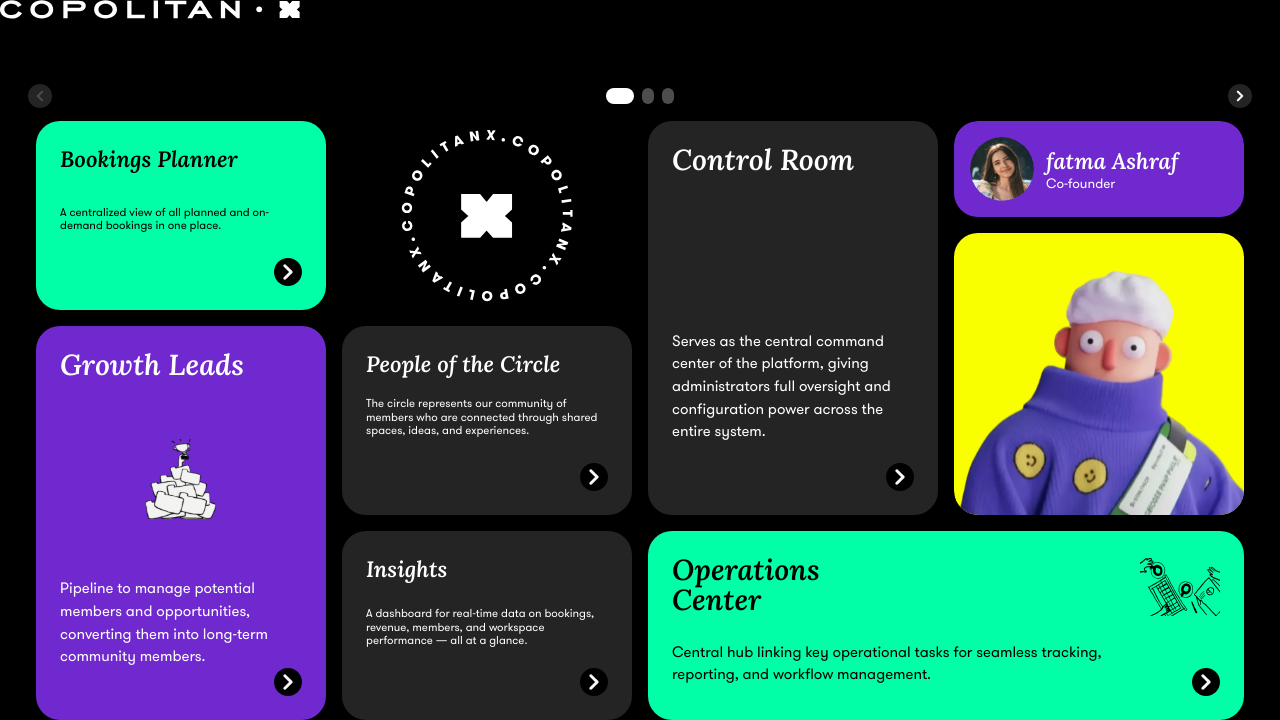
Repository: mohameddtalal/Copolitan-X
Page: /dashboard
An editor plug-in stored every save of this project. The page is shown before and after the next save, followed by the edit.
The browser window is 1280 px wide. The pictures show the whole page.
The project was rebuilt for these pictures with package versions that can differ from the ones it lists, and the page was loaded fresh each time. The framework's server and built-in components were replaced by stand-ins that run in the browser. Also part of the build but not shown: next.config.ts.

Above is the page before, as saved 2026-02-10 13:37:15.

### src/app/layout.tsx
import type { Metadata } from "next";
import { Geist, Geist_Mono } from "next/font/google";
import "./globals.css";
import Navbar from "@/components/Navbars/NavbarDynamic";
import { NavProvider } from "@/components/Context/Navcontext";

const geistSans = Geist({
  variable: "--font-geist-sans",
  subsets: ["latin"],
});

const geistMono = Geist_Mono({
  variable: "--font-geist-mono",
  subsets: ["latin"],
});

export const metadata: Metadata = {
  title: "Create Next App",
  description: "Generated by create next app",
};

export default function RootLayout({
  children,
}: Readonly<{
  children: React.ReactNode;
}>) {
  return (
    <html lang="en">
      <body
        className={`${geistSans.variable} ${geistMono.variable} antialiased  w-full flex flex-col m-0 p-0`}
      >

        <NavProvider>
          <div className="flex-shrink-0">
            <Navbar />
          </div>
          <div className="flex-1 overflow-auto w-full">
            {children}
          </div>
        </NavProvider>

      </body>
    </html>
  );
}

### src/app/(pages)/dashboard/page.tsx

'use client';

import BentoGrid from "@/components/BentoGrid/BentoGrid";





export default function DashboardPage() {
  return (
      <>
        <BentoGrid/>
      </>
  );
}

### src/components/Navbars/NavbarDynamic.tsx
"use client";
import { useRouter } from "next/navigation";
import Link from "next/link";
import Image from "next/image";
import { useState } from "react";
import { useNav } from "@/components/Context/Navcontext";

const Navbar = () => {
  const [isSearchOpen, setIsSearchOpen] = useState(false);
  const [searchText, setSearchText] = useState("");
  const { selectedTitle, selectedButton } = useNav();
  const router = useRouter();
  const handleSearch = () => {
    setIsSearchOpen((prev) => !prev); // toggle input
  };
  return (
    <nav className="navbar ">
      <div className="row">
        <Link href="/dashboard">
          <div className="logo">
            <Image
              src="/navbar/Layer_1.svg"
              alt="LogoImage"
              className="logo-img"
              width={301}
              height={19}
            />
          </div>
        </Link>
        <div className="nav-inside">
          <div
            className=""
            style={{ marginBottom: "0px", color: "var(--black)" }}
          >
            <p>{selectedTitle}</p>
          </div>
          <div
            className=""
            style={{
              marginTop: "0px",
              color: "var(--black)",
              fontSize: "16px",
            }}
          >
            <p>{selectedButton}</p>
          </div>
        </div>
        <div className="navItems" style={{ position: "relative" }}>
          {isSearchOpen && (
            <input
              type="text"
              className="search-input"
              placeholder="Search..."
              value={searchText}
              onChange={(e) => setSearchText(e.target.value)}
              autoFocus
            />
          )}
          <div className="search">
            <button
              className="search"
              style={{ zIndex: 10, cursor: "pointer" }}
              onClick={handleSearch}
            >
              <Image
                className="search-img"
                src="/navbar/search.svg"
                alt="search"
                width={18}
                height={18}
              />
            </button>
            {/* Search input (show only if open) */}
          </div>
          <div className="line"></div>
          <div className="notifications">
            <button
              className="notification"
              style={{ cursor: "pointer" }}
              onClick={() => router.push("/notificationPage")}
            >
              <Image
                className="notification-img"
                src="/navbar/notification.svg"
                alt="notification"
                width={21}
                height={21}
              />
            </button>
          </div>
          <div className="line"></div>
          <div className="quote">
            <Image
              src="/navbar/quote.svg"
              alt="quote"
              width={14}
              height={13}
              className="quote-img"
            />
          </div>
        </div>
      </div>
    </nav>
  );
};

export default Navbar;

### src/components/Context/Navcontext.tsx
"use client";

import { createContext, useContext, useState } from "react";

const NavContext = createContext<any>(null);

export function NavProvider({ children }: { children: React.ReactNode }) {
  const [selectedTitle, setSelectedTitle] = useState("");
  const [selectedButton, setSelectedButton] = useState("");

  return (
    <NavContext.Provider
      value={{ selectedTitle, setSelectedTitle, selectedButton, setSelectedButton }}
    >
      {children}
    </NavContext.Provider>
  );
}

export function useNav() {
  return useContext(NavContext);
}

### src/components/BentoGrid/BentoGrid.tsx
import React, { useState } from 'react';
import { motion } from 'framer-motion';
import Navigation from '../Navigation/Navigation';
import PageContainer from '../PageContainer/PageContainer';
import BadgeCard from '../BadgeCard/BadgeCard';

const BentoGrid = () => {
    const [currentPage, setCurrentPage] = useState(0);

    // Dummy data for cards - 3 pages × 12 cards each
    const pages = [
        // Page 1
        [
            { id: 1, title: "Bookings Planner", description: "A centralized view of all planned and on-demand bookings in one place.", color: "bg-[var(--green)]", span: "col-span-1 row-span-1", flippable: true },
            { id: 2, title: "", description: "", color: "bg-[var(--background)]", span: "col-span-1 row-span-1", image: "/cards/CIRCULAR TEXT.svg" },
            { id: 3, title: "Control Room", description: "Serves as the central command center of the platform, giving administrators full oversight and configuration power across the entire system.", color: "bg-[#242424]", span: "col-span-1 row-span-2", flippable: true },
            { id: 4, title: "fatma Ashraf", description: "Co-founder", color: "bg-[var(--background)]", span: "col-span-1 row-span-2", isSplit: true, profileImage: "/cards/profile.svg", characterImage: "/cards/character.svg" },
            { id: 5, title: "Growth Leads", description: "Pipeline to manage potential members and opportunities, converting them into long-term community members.", color: "bg-[#7029CF]", span: "col-span-1 row-span-2", cardImage: "/cards/card5.svg", layoutType: "column" },
            { id: 6, title: "People of the Circle", description: "The circle represents our community of members who are connected through shared spaces, ideas, and experiences.", color: "bg-[#242424]", span: "col-span-1 row-span-1" },
            { id: 7, title: "Insights", description: "A dashboard for real-time data on bookings, revenue, members, and workspace performance — all at a glance.", color: "bg-[#242424]", span: "col-span-1 row-span-1" },
            { id: 8, title: "Operations \nCenter", description: "Central hub linking key operational tasks for seamless tracking, reporting, and workflow management.", color: "bg-[var(--green)]", span: "col-span-2 row-span-1", cardImage: "/cards/card8.svg", layoutType: "row" },
        ],
        // Page 2
        [
            { id: 9, title: "Partnerships Network", description: "Oversee and manage all partnerships, deals, and strategic collaborations", color: "bg-[#FFD3D2]", span: "col-span-1 row-span-1", flippable: true },
            { id: 2, title: "", description: "", color: "bg-[var(--background)]", span: "col-span-1 row-span-1", image: "/cards/CIRCULAR TEXT.svg" },
            { id: 10, title: "Security \nControl", description: "Serves as the central command center of the platform, giving administrators full oversight and configuration power across the entire system.", color: "bg-[#242424]", span: "col-span-1 row-span-2", cardImage: "/cards/card11.svg", layoutType: "column" },
            { id: 4, title: "fatma Ashraf", description: "Co-founder", color: "bg-[var(--background)]", span: "col-span-1 row-span-2", isSplit: true, profileImage: "/cards/profile.svg", characterImage: "/cards/character.svg" },
            { id: 11, title: "Finance Center", description: "A control panel for streamlined financial records and insights collaborations.", color: "bg-[#242424]", span: "col-span-1 row-span-2" },
            { id: 12, title: "Experience& \nEngagement Lab", description: "A tools lab that drives engagement and growth where experience is refined and elevated.", color: "bg-[#242424]", span: "col-span-1 row-span-1" },
            { id: 13, title: "Data Hub", description: "A streamlined repository for all data collect, analyze, and access key metrics to drive informed decisions.", color: "bg-[#242424]", span: "col-span-1 row-span-1" },
            { id: 14, title: "Facility \nManagement ", description: "Central hub linking key operational tasks for seamless tracking, reporting, and workflow management.", color: "bg-[#242424]", span: "col-span-2 row-span-1", cardImage: "/cards/card15.svg", layoutType: "row" },
        ],
        // Page 3
        [
            { id: 15, title: "Data Hub", description: "A streamlined repository for all data collect, analyze, and access key metrics to drive informed decisions.", color: "bg-[#FFD3D2]", span: "col-span-1 row-span-1", flippable: true },
            { id: 2, title: "", description: "", color: "invisible pointer-events-none", span: "col-span-1 row-span-1", image: "/cards/CIRCULAR TEXT.svg" },
            { id: 10, title: "Security \nControl", description: "Serves as the central command center of the platform, giving administrators full oversight and configuration power across the entire system.", color: "invisible pointer-events-none", span: "col-span-1 row-span-2", cardImage: "/cards/card11.svg", layoutType: "column" },
            { id: 4, title: "fatma Ashraf", description: "Co-founder", color: "bg-[var(--background)]", span: "col-span-1 row-span-2", isSplit: true, profileImage: "/cards/profile.svg", characterImage: "/cards/character.svg" },
            { id: 11, title: "Finance Center", description: "A control panel for streamlined financial records and insights collaborations.", color: "invisible pointer-events-none", span: "col-span-1 row-span-2" },
            { id: 12, title: "Experience& \nEngagement Lab", description: "A tools lab that drives engagement and growth where experience is refined and elevated.", color: "invisible pointer-events-none", span: "col-span-1 row-span-1" },
            { id: 13, title: "Data Hub", description: "A streamlined repository for all data collect, analyze, and access key metrics to drive informed decisions.", color: "invisible pointer-events-none", span: "col-span-1 row-span-1" },
            { id: 14, title: "Facility \nManagement ", description: "Central hub linking key operational tasks for seamless tracking, reporting, and workflow management.", color: "invisible pointer-events-none", span: "col-span-2 row-span-1", cardImage: "/cards/card15.svg", layoutType: "row" },
        ],



    ];
    const nextPage = () => {
        if (currentPage < pages.length - 1) {
            setCurrentPage(currentPage + 1);
        }
    };

    const prevPage = () => {
        if (currentPage > 0) {
            setCurrentPage(currentPage - 1);
        }
    };

    return (
        <div className="w-full h-full  px-1 sm:px-1 md:px-2 lg:px-3 xl:px-5 flex flex-col overflow-hidden">
            {/* Navigation Section */}
            <Navigation
              currentPage={currentPage}
              pages={pages}
              setCurrentPage={setCurrentPage}
              totalPages={pages.length}
              onPrev={prevPage}
              onNext={nextPage}
            />

            {/* Grid Container */}
            <div className="flex-1 overflow-hidden w-full min-h-0">
                <div
                    className="flex h-full w-full transition-transform duration-1000 ease-[cubic-bezier(0.16,1,0.3,1)]"
                    style={{ transform: `translateX(-${currentPage * 100}%)` }}
                >
                    {pages.map((page, pageIndex) => (
                        <PageContainer key={pageIndex}>
                            {page.map((card) => (
                                <BadgeCard key={card.id} card={card} />
                            ))}
                        </PageContainer>
                    ))}
                </div>
            </div>


        </div>
    );
};

export default BentoGrid;

### src/components/Navigation/Navigation.tsx
import React from 'react';

export default function Navigation({
  currentPage,
  totalPages,
  setCurrentPage,
  pages,
  onPrev,
  onNext,
}: {
  currentPage: number;
  totalPages: number;
  setCurrentPage:Function,
  pages:any[],
  onPrev: () => void;
  onNext: () => void;
}) {
  return (
    <div className="flex items-center justify-between mb-1.5 sm:mb-3 shrink-0 h-[26px]">
      <div className="flex gap-2 sm:gap-3 justify-between w-full items-center">
        <button
          onClick={onPrev}
          disabled={currentPage === 0}
          className={`rounded-full p-0.5 sm:p-0.6 md:p-0.8 lg:p-1 xl:p-2 transition-all ${
            currentPage === 0 ? 'cursor-not-allowed' : 'cursor-pointer'
          }`}
        >
          <img
            src={currentPage === 0 ? "/cards/DimmedLeft.svg" : "/cards/Left.svg"}
            alt="Previous"
            className="w-3 h-3 sm:w-4 sm:h-4 lg:w-6 lg:h-6"
          />
        </button>
   {/* Page Indicators */}
            <div className="flex justify-center gap-2  shrink-0 ">
                {pages.map((_, index) => (
                    <button
                        key={index}
                        onClick={() => setCurrentPage(index)}
                        className={`h-4 cursor-pointer rounded-full transition-all ${currentPage === index ? 'w-5 sm:w-7 bg-white' : 'w-3 bg-white/30'
                            }`}
                    />
                ))}
            </div>
        <button
          onClick={onNext}
          disabled={currentPage === totalPages - 1}
          className={`rounded-full p-0.5 sm:p-0.6 md:p-0.8 lg:p-1 xl:p-2 transition-all ${
            currentPage === totalPages - 1 ? 'cursor-not-allowed' : 'cursor-pointer'
          }`}
        >
          <img
            src={currentPage === totalPages - 1 ? "/cards/DimmedRight.svg" : "/cards/Right.svg"}
            alt="Next"
            className="w-3 h-3 sm:w-4 sm:h-4 lg:w-6 lg:h-6"
          />
        </button>
      </div>
    </div>
  );
}

### src/components/PageContainer/PageContainer.tsx
export default function PageContainer({ children }: { children: React.ReactNode }) {


    return (
        <div className="min-w-full h-full px-1.5 sm:px-2 md:px-2 lg:px-3 xl:px-4 flex items-center justify-center ">
            <div className="grid grid-cols-4 grid-rows-3 gap-2 sm:gap-3 lg:gap-4 w-full h-full auto-rows-fr relative">
                {children}
            </div>
        </div>
    )
}

### src/components/BadgeCard/BadgeCard.module.css

.card-3,
.card-10,
.card-11 {
  display: flex;
  height: 100%;
  flex-direction: column;
  justify-content: space-between;
  padding-bottom: 20px;
}

.card-1,
.card-15,
.card-9 {
  display: flex;
  height: 100%;
  flex-direction: column;
  justify-content: space-between;
  padding-bottom: 25px;
}

.card-13,
.card-7 {
  display: flex;
  height: 100%;
  flex-direction: column;
  justify-content: space-between;
  padding-bottom: 20px;
}
.card-6,
.card-12 {
  display: flex;
  height: 100%;
  flex-direction: column;
  justify-content: space-between;
  padding-bottom: 25px;
}

.card-8,
.card-10,
.card-14 {
  display: flex;
  height: 100%;
  flex-direction: column;
  justify-content: space-between;
  padding-bottom: 10px;
}

.card-icon-8,
.card-icon-14,
.card-icon-12 {
  position: absolute;
  right: 24px;
  bottom: 24px;
}

.card-image-4{
  height: 100%;
}

Loaded but not shown: src/components/BadgeCard/BadgeCard.tsx (222 lines, source omitted); src/app/globals.css (243 lines, source omitted)

After the next save:
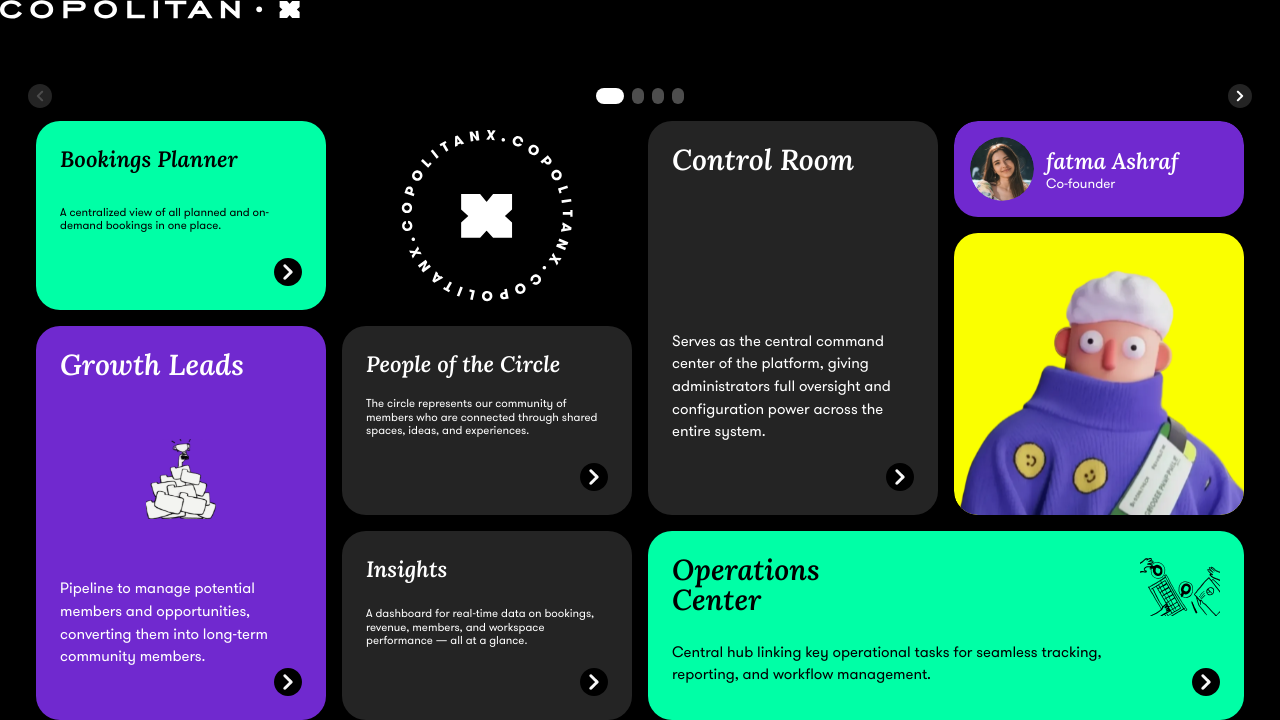
Saved 5 s later.
--- a/src/components/BentoGrid/BentoGrid.tsx
+++ b/src/components/BentoGrid/BentoGrid.tsx
@@ -42,7 +42,16 @@
             { id: 13, title: "Data Hub", description: "A streamlined repository for all data collect, analyze, and access key metrics to drive informed decisions.", color: "invisible pointer-events-none", span: "col-span-1 row-span-1" },
             { id: 14, title: "Facility \nManagement ", description: "Central hub linking key operational tasks for seamless tracking, reporting, and workflow management.", color: "invisible pointer-events-none", span: "col-span-2 row-span-1", cardImage: "/cards/card15.svg", layoutType: "row" },
         ],
-
+         [
+            { id: 15, title: "Data Hub", description: "A streamlined repository for all data collect, analyze, and access key metrics to drive informed decisions.", color: "bg-[#FFD3D2]", span: "col-span-1 row-span-1", flippable: true },
+            { id: 2, title: "", description: "", color: "invisible pointer-events-none", span: "col-span-1 row-span-1", image: "/cards/CIRCULAR TEXT.svg" },
+            { id: 10, title: "Security \nControl", description: "Serves as the central command center of the platform, giving administrators full oversight and configuration power across the entire system.", color: "invisible pointer-events-none", span: "col-span-1 row-span-2", cardImage: "/cards/card11.svg", layoutType: "column" },
+            { id: 4, title: "fatma Ashraf", description: "Co-founder", color: "bg-[var(--background)]", span: "col-span-1 row-span-2", isSplit: true, profileImage: "/cards/profile.svg", characterImage: "/cards/character.svg" },
+            { id: 11, title: "Finance Center", description: "A control panel for streamlined financial records and insights collaborations.", color: "invisible pointer-events-none", span: "col-span-1 row-span-2" },
+            { id: 12, title: "Experience& \nEngagement Lab", description: "A tools lab that drives engagement and growth where experience is refined and elevated.", color: "invisible pointer-events-none", span: "col-span-1 row-span-1" },
+            { id: 13, title: "Data Hub", description: "A streamlined repository for all data collect, analyze, and access key metrics to drive informed decisions.", color: "invisible pointer-events-none", span: "col-span-1 row-span-1" },
+            { id: 14, title: "Facility \nManagement ", description: "Central hub linking key operational tasks for seamless tracking, reporting, and workflow management.", color: "invisible pointer-events-none", span: "col-span-2 row-span-1", cardImage: "/cards/card15.svg", layoutType: "row" },
+        ],
 
 
     ];

After the save that followed:
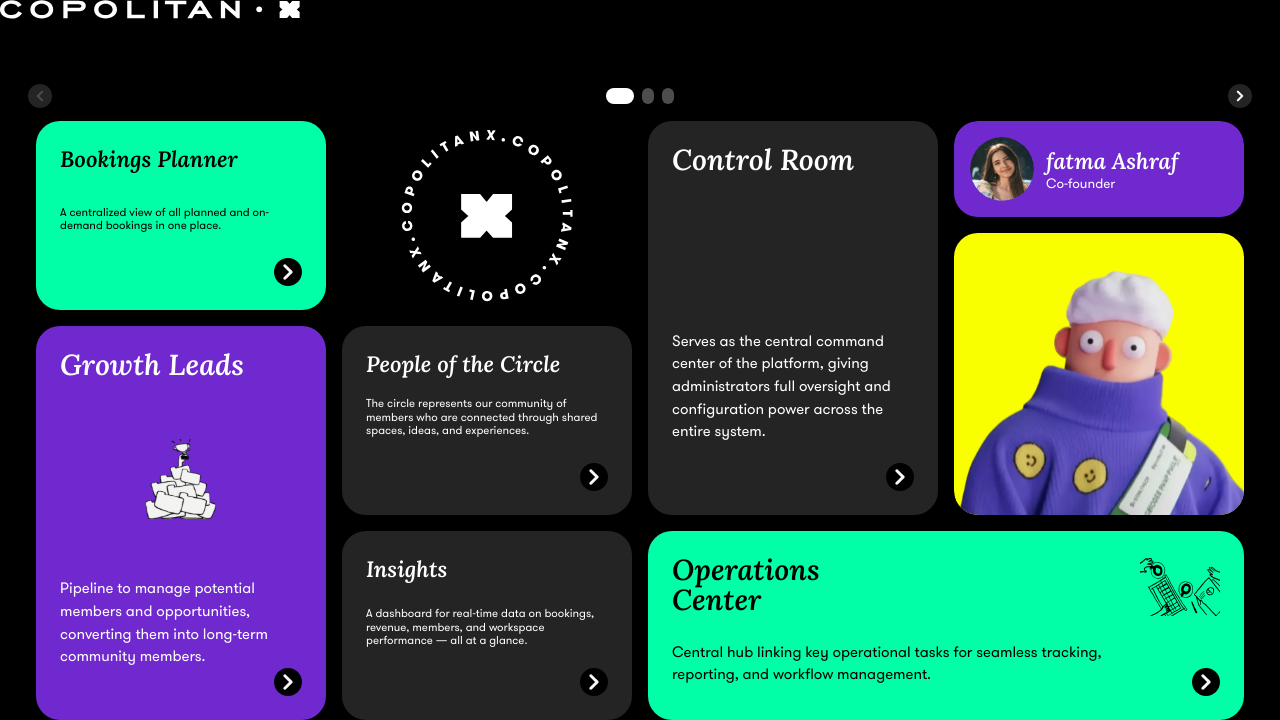
Saved 13 s later.
--- a/src/components/BentoGrid/BentoGrid.tsx
+++ b/src/components/BentoGrid/BentoGrid.tsx
@@ -42,16 +42,7 @@
             { id: 13, title: "Data Hub", description: "A streamlined repository for all data collect, analyze, and access key metrics to drive informed decisions.", color: "invisible pointer-events-none", span: "col-span-1 row-span-1" },
             { id: 14, title: "Facility \nManagement ", description: "Central hub linking key operational tasks for seamless tracking, reporting, and workflow management.", color: "invisible pointer-events-none", span: "col-span-2 row-span-1", cardImage: "/cards/card15.svg", layoutType: "row" },
         ],
-         [
-            { id: 15, title: "Data Hub", description: "A streamlined repository for all data collect, analyze, and access key metrics to drive informed decisions.", color: "bg-[#FFD3D2]", span: "col-span-1 row-span-1", flippable: true },
-            { id: 2, title: "", description: "", color: "invisible pointer-events-none", span: "col-span-1 row-span-1", image: "/cards/CIRCULAR TEXT.svg" },
-            { id: 10, title: "Security \nControl", description: "Serves as the central command center of the platform, giving administrators full oversight and configuration power across the entire system.", color: "invisible pointer-events-none", span: "col-span-1 row-span-2", cardImage: "/cards/card11.svg", layoutType: "column" },
-            { id: 4, title: "fatma Ashraf", description: "Co-founder", color: "bg-[var(--background)]", span: "col-span-1 row-span-2", isSplit: true, profileImage: "/cards/profile.svg", characterImage: "/cards/character.svg" },
-            { id: 11, title: "Finance Center", description: "A control panel for streamlined financial records and insights collaborations.", color: "invisible pointer-events-none", span: "col-span-1 row-span-2" },
-            { id: 12, title: "Experience& \nEngagement Lab", description: "A tools lab that drives engagement and growth where experience is refined and elevated.", color: "invisible pointer-events-none", span: "col-span-1 row-span-1" },
-            { id: 13, title: "Data Hub", description: "A streamlined repository for all data collect, analyze, and access key metrics to drive informed decisions.", color: "invisible pointer-events-none", span: "col-span-1 row-span-1" },
-            { id: 14, title: "Facility \nManagement ", description: "Central hub linking key operational tasks for seamless tracking, reporting, and workflow management.", color: "invisible pointer-events-none", span: "col-span-2 row-span-1", cardImage: "/cards/card15.svg", layoutType: "row" },
-        ],
+
 
 
     ];
